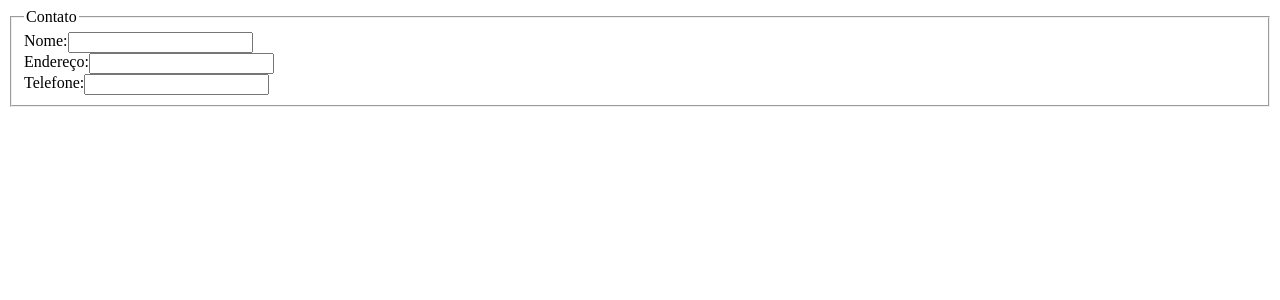
Repository: daniloserafim/trilha-backend-senai
Page: exemploServlet/WebContent/contato.html
These files come from the project's save history. The page is drawn as it stood at one moment and after the next save; the edit follows.
The browser window is 1280 px wide. The pictures show the whole page.

Above is the page before, as saved 2022-05-31 22:46:43.

After the next save:
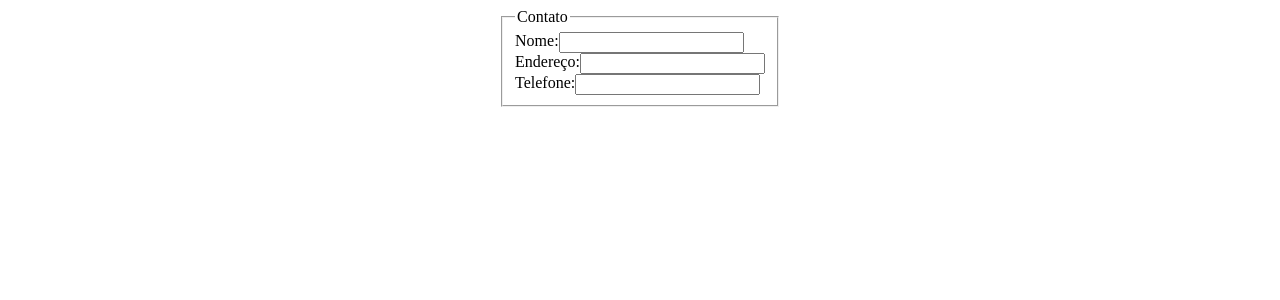
Saved 69 s later.
--- a/exemploServlet/WebContent/style.css
+++ b/exemploServlet/WebContent/style.css
@@ -1,4 +1,11 @@
 @charset "ISO-8859-1";
+
+
+body {
+	display: flex;
+	justify-content: center;
+	align-items: center;
+}
 
 .item-box {
 	display: flex;
